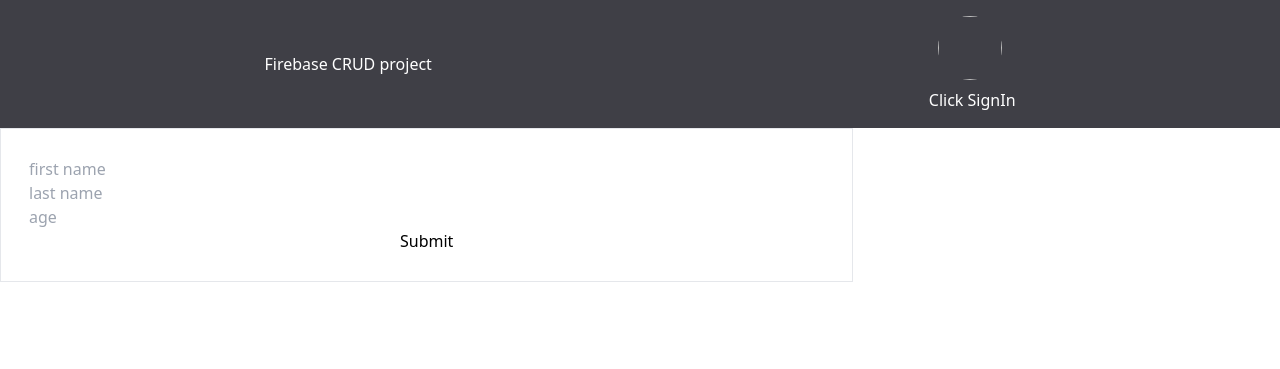
Repository: Semanmernstack/firebase-crud
Page: /
These files come from the project's save history. The page is drawn as it stood at one moment and after the next save; the edit follows.
The browser window is 1280 px wide. The pictures show the whole page.
The project was rebuilt for these pictures with package versions that can differ from the ones it lists, and the page was loaded fresh each time.

Above is the page before, as saved 2023-03-17 02:02:53.

### src/index.css
body {
  margin: 0;

}

@tailwind base;
@tailwind components;
@tailwind utilities;

### src/App.js



import Body from "./components/Body";
import Header from "./components/Header";





function App() {

  return (
    <div className="">
      <Header/>
      <Body/>
    </div>
  );
}

export default App;

### src/components/Body.js
import React from 'react'
import { useForm } from 'react-hook-form';

function Body() {
    const {
        register,
        handleSubmit,
        formState: { errors },
    } = useForm();
    const onSubmit = data => console.log(data);
  return (
    <div className="p-3 text-black flex flex-col w-2/3 border">
        <form className='flex flex-col p-4' onSubmit={handleSubmit(onSubmit)}>
            <input placeholder='first name'  {...register('firstName')} />
            <input placeholder='last name' {...register('lastName', { required: true })} />
            {errors.lastName && <p>Last name is required.</p>}
            <input placeholder='age' {...register('age', { pattern: /\d+/ })} />
            {errors.age && <p>Please enter number for age.</p>}
            <input type="submit" />
        </form>

    </div>
  )
}

export default Body

### src/components/Header.js


import Login from "./Login"


function Header() {
  const [user, setUser] = ("")


  return (
    <nav className="flex items-center justify-around bg-zinc-700 text-white p-4">
        <div>
            <h1> Firebase CRUD project</h1>
        </div>
        <Login/>

    </nav>


  )
}

export default Header

### src/components/Login.js
import { onAuthStateChanged, signInWithPopup } from 'firebase/auth'
import React, { useEffect, useState } from 'react'
import { auth, provider } from '../firebase.'


function Login() {
    const [user, setUser] = useState("")
    useEffect(() => {

        onAuthStateChanged(auth, (user) => {
            console.log(user)
          if (user) {
            setUser(user)
          }
        })

      }, [])





    const signIn = () => {
       try {
            signInWithPopup(auth, provider)
       }
       catch (error) {
            alert(error.message)
       }
    }
  return (
    <div className="flex flex-col items-center gap-2">
        <div className="flex gap-1 items-center">
            <img className='rounded-full h-16 w-16' src={user.photoURL} alt="" />
            <h1>{user?.displayName}</h1>
        </div>
        <div>
            <button onClick={signIn} >Click SignIn</button>
        </div>



    </div>
  )
}

export default Login

### src/firebase..js
import { initializeApp } from "firebase/app";
import { getAuth, GoogleAuthProvider } from "firebase/auth";
import { getFirestore } from "firebase/firestore";
// TODO: Add SDKs for Firebase products that you want to use
// https://firebase.google.com/docs/web/setup#available-libraries

// Your web app's Firebase configuration
const firebaseConfig = {
  apiKey: "AIzaSyBgS0aivKoq6PRjPIzLlCpHxI0D8M1DMtw",
  authDomain: "school-81c7d.firebaseapp.com",
  projectId: "school-81c7d",
  storageBucket: "school-81c7d.appspot.com",
  messagingSenderId: "524069258489",
  appId: "1:524069258489:web:11c09d32a06e9a8b970e28"
};

// Initialize Firebase
const app = initializeApp(firebaseConfig);
const auth = getAuth(app);
const provider = new GoogleAuthProvider();

export { auth, provider }

Loaded but not shown: public/index.html (common file); src/index.js (common file); src/reportWebVitals.js (common file); tailwind.config.js (common file)

After the next save:
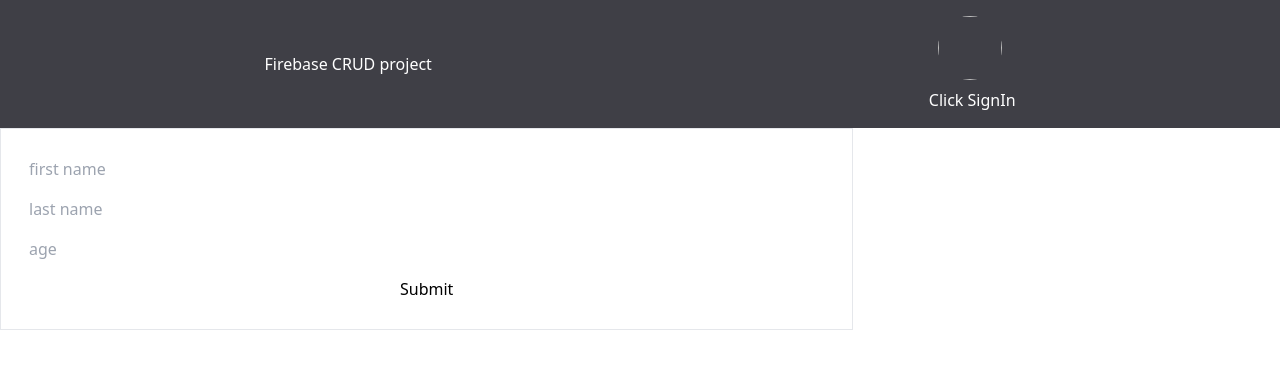
Saved 7 s later.
--- a/src/components/Body.js
+++ b/src/components/Body.js
@@ -10,7 +10,7 @@ function Body() {
     const onSubmit = data => console.log(data);
   return (
     <div className="p-3 text-black flex flex-col w-2/3 border">
-        <form className='flex flex-col p-4' onSubmit={handleSubmit(onSubmit)}>
+        <form className='flex flex-col p-4 gap-4' onSubmit={handleSubmit(onSubmit)}>
             <input placeholder='first name'  {...register('firstName')} />
             <input placeholder='last name' {...register('lastName', { required: true })} />
             {errors.lastName && <p>Last name is required.</p>}
